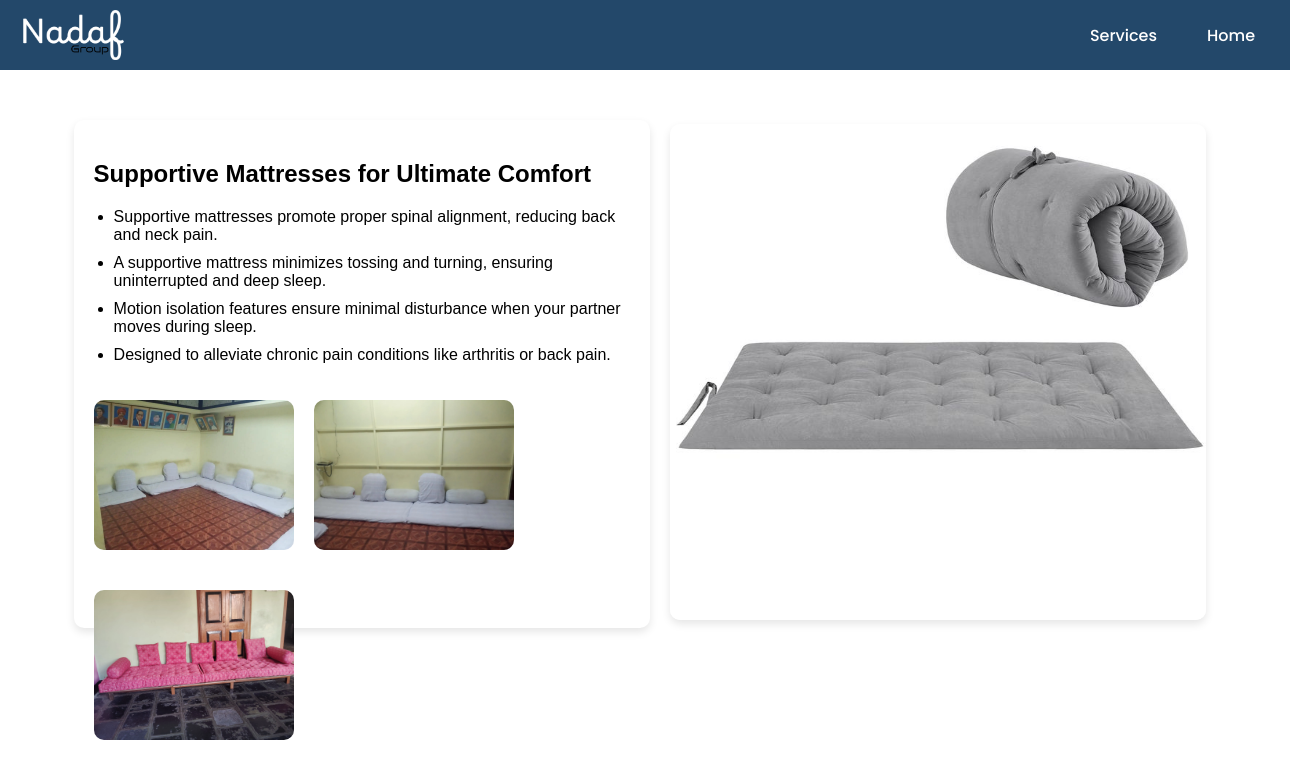
Repository: nadafgroup/rashidgadiUI
Page: src/rent.html
These files come from the project's save history. The page is drawn as it stood at one moment and after the next save; the edit follows.
The browser window is 1280 px wide. The page is 1290 px wide, so the pictures cover 1290 px, including what lies to the right of the window. The pictures show the whole page.

Above is the page before, as saved 2025-01-29 16:10:02.
Console error: TypeError: Cannot read properties of null (reading 'addEventListener')

### src/rent.html
<!DOCTYPE html>
<html lang="en">
<head>
    <meta charset="UTF-8">
    <meta name="viewport" content="width=device-width, initial-scale=1.0">
    <title>Mattresses</title>
   <link rel="stylesheet" href="./products.css">
</head>
<body>
    <header>
        <div class="logo">
            <img src="../assets/img/logo2.png" class="logo" alt="">
        </div>

        <div class="nav-right">
            <ul>


                <li class="dropdown">
                    <a href="#" class="dropbtn">Services</a>
                    <div class="dropdown-content">
                        <a href="./bed.html">Bed Mattresses</a>
                        <a href="./pillow.html">Pillow Mattresses</a>
                        <a href="./sofa.html">Sofa Mattresses</a>
                        <a href="./repair.html">Mattresses Repair </a>
                        <a href="./rent.html">Mattresses Rent</a>
                        <a href="./furniture.html">Furniture</a>
                    </div>
                </li>
                <li><a href="./home.html">Home</a></li>
            </ul>
        </div>

    </header>

    <div class="container" style="padding-bottom: 15px;">
        <div class="info" style="height: 65vh; width: 45vw;" >
            <h2>Supportive Mattresses for Ultimate Comfort</h2>
            <ul>
                <li>Supportive mattresses promote proper spinal alignment, reducing back and neck pain.</li>
                <li>A supportive mattress minimizes tossing and turning, ensuring uninterrupted and deep sleep.</li>
                <li>Motion isolation features ensure minimal disturbance when your partner moves during sleep.</li>
                <li>Designed to alleviate chronic pain conditions like arthritis or back pain.</li>
            </ul>

            <div class="rent-gallery">
                <img src="../assets/img/real img/r2.webp" class="rent-img" alt="Gallery Image 1">
                <img src="../assets/img/real img/r3.webp"  class="rent-img" alt="Gallery Image 2">
                <img src="../assets/img/real img/r8.webp"  class="rent-img" alt="Gallery Image 3">
            </div>


        </div>

        <div class="image-container">
            <img src="../assets/img/rent.jpg" alt="Mattress" style="height: 69vh;">
        </div>
    </div>



     <!-- Modal for displaying images in full screen -->
<div id="imageModal" class="modal">
<span class="close" id="closeModal">&times;</span>
<img class="modal-content" id="modalImage" alt="Full-size image">
</div>

    <script src="./products.js"></script>
</body>

</html>

### src/products.css
@font-face {
    font-family: 'poppins';
    src: url('../assets/fonts/Poppins/Poppins-Medium.ttf') format('truetype');
}

@font-face {
    font-family: 'inter';
    src: url('../assets/fonts/Inter/Inter-VariableFont_opsz\,wght.ttf') format('truetype');
}

@font-face {
    font-family: 'Exo';
    src: url('../assets/fonts/Exo2-VariableFont_wght.ttf') format('truetype');
}

body {
    margin: 0;
    padding: 0;
    overflow-x: hidden; /* Prevent horizontal scrolling */
    font-family: Arial, sans-serif;
    display: flex;
    flex-direction: column;
    align-items: center;
    /* background: linear-gradient(to bottom, #f9f9f9, #e0e0e0); */
    height: 100vh;
}

header {
    width: 100%;
    padding: 10px;
    display: flex;
    justify-content: space-between;
    align-items: center;
    background-color: #23486A;
    color: white;
    font-size: 1rem;
}

.nav-right ul {
    display: flex;
    list-style: none;
    margin: 0;
    padding: 0;
}

.nav-right ul li {
    margin: 0 15px;
}

.nav-right ul li a {
    text-decoration: none;
    color: white;
    padding: 10px;
    transition: 0.3s;
    font-family: 'poppins';
}

.nav-right ul li a:hover {
    background-color: #5c6bc0;
    border-radius: 5px;
}

.nav-right ul li.dropdown {
    position: relative;
}

.nav-right ul li.dropdown:hover .dropdown-content {
    display: block;
}

.nav-right ul li .dropdown-content {
    display: none;
    position: absolute;
    background-color: #3f51b5;
    min-width: 160px;
    z-index: 1;
    border-radius: 5px;
}

.nav-right ul li .dropdown-content a {
    padding: 10px;
    color: white;
    text-decoration: none;
    display: block;
}

.nav-right ul li .dropdown-content a:hover {
    background-color: #5c6bc0;
}

.logo {
    width: auto;
    height: 50px;
    margin-left: 10px;
    margin-bottom: 0px;
}

.container {
    display: flex;
    flex-direction: row;
    justify-content: center;
    align-items: center;
    padding: 50px;
    gap: 20px;
}

.info {
    flex: 1;
    padding: 20px;
    background: white;
    border-radius: 10px;
    box-shadow: 0 4px 8px rgba(0, 0, 0, 0.1);
    animation: slideInLeft 1s;
}

.info ul {
    list-style: disc;
    padding-left: 20px;
}

.info ul li {
    margin: 10px 0;
}

.image-container {
    flex: 1;
    animation: slideInRight 1s;
}

.image-container img {
    width: 100%;
    border-radius: 10px;
    box-shadow: 0 4px 8px rgba(0, 0, 0, 0.1);
}

.gallery {
    width: 90%;
    margin: 30px auto;
    display: flex;
    flex-wrap: wrap;
    gap: 10px;
    justify-content: center;
    animation: fadeIn 1.5s;
}

.gallery img {
    width: 200px;
    height: 150px;
    object-fit: cover;
    border-radius: 10px;
    margin: 20px;
    transition: transform 0.3s;
}

.gallery img:hover {
    transform: scale(1.1);
}


.rent-gallery {
    width: 90%;
    display: flex;
    flex-wrap: wrap;

    animation: fadeIn 1.5s;
}

.rent-gallery .rent-img {
    width: 200px;
    height: 150px;
    object-fit: cover;
    border-radius: 10px;
    margin: 20px;
    margin-left: 0px;
    /* margin-top: 0px; */
    transition: transform 0.3s;
}

/* Modal Styles */
.modal {
    display: none; /* Hidden by default */
    position: fixed;
    z-index: 1; /* Sit on top */
    left: 0;
    top: 0;
    width: 100%; /* Full width */
    height: 100%; /* Full height */
    overflow: auto;
    background-color: rgb(0, 0, 0); /* Black background with opacity */
    background-color: rgba(0, 0, 0, 0.8); /* Transparent black */
    padding-top: 60px;
}

.modal-content {
    margin: auto;
    display: block;
    width: 80%;
    max-width: 700px;
    border-radius: 10px;
}

.close {
    color: #fff;
    font-size: 40px;
    font-weight: bold;
    position: absolute;
    top: 15px;
    right: 35px;
    cursor: pointer;
    transition: 0.3s;
}

.close:hover,
.close:focus {
    color: #f1f1f1;
    text-decoration: none;
    cursor: pointer;
}

@keyframes fadeIn {
    from { opacity: 0; }
    to { opacity: 1; }
}

@keyframes slideInLeft {
    from { transform: translateX(-100%); }
    to { transform: translateX(0); }
}

@keyframes slideInRight {
    from { transform: translateX(100%); }
    to { transform: translateX(0); }
}

/* Media Queries for Responsiveness */
@media (max-width: 768px) {
    .container {
        flex-direction: column; /* Switch to column layout */
        padding: 20px;
    }

    .info, .image-container {
        flex: none; /* Reset flex behavior */
        width: 100%;
    }

    .gallery img {
        width: 100%; /* Make gallery images take full width on small screens */
        height: auto;
    }
}

@media (max-width: 480px) {
    header {
        flex-direction: column;
        align-items: center;
    }

    .nav-right ul {
        flex-direction: column;
        align-items: center;
    }

    .nav-right ul li {
        margin: 10px 0;
    }

    .logo {
        margin: 10px 0;
    }
}

### src/products.js
// Toggle the mobile menu when the hamburger icon is clicked
document.getElementById('hamburger').addEventListener('click', function() {
    const menu = document.getElementById('menu');
    menu.classList.toggle('active');
});

After the next save:
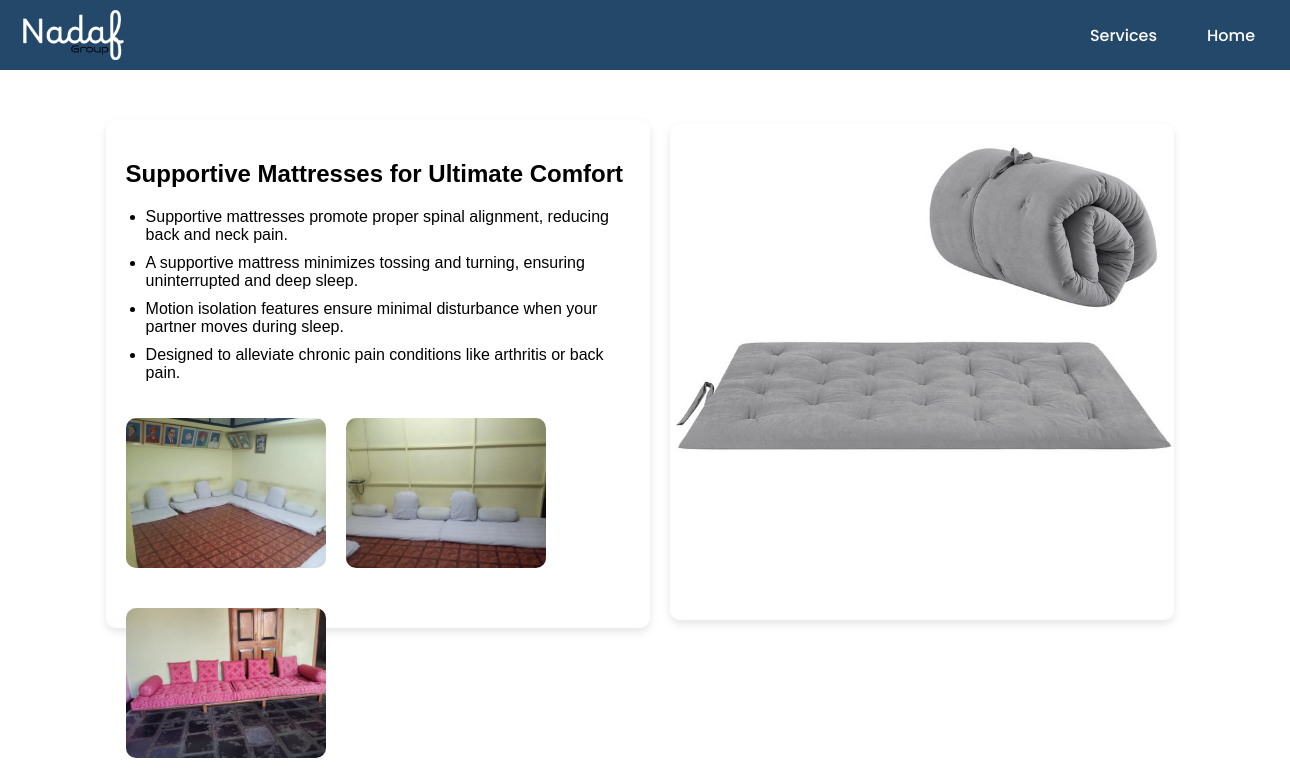
Saved 6 s later.
--- a/src/rent.html
+++ b/src/rent.html
@@ -34,7 +34,7 @@
     </header>
 
     <div class="container" style="padding-bottom: 15px;">
-        <div class="info" style="height: 65vh; width: 45vw;" >
+        <div class="info" style="height: 65vh; width: 40vw;" >
             <h2>Supportive Mattresses for Ultimate Comfort</h2>
             <ul>
                 <li>Supportive mattresses promote proper spinal alignment, reducing back and neck pain.</li>
